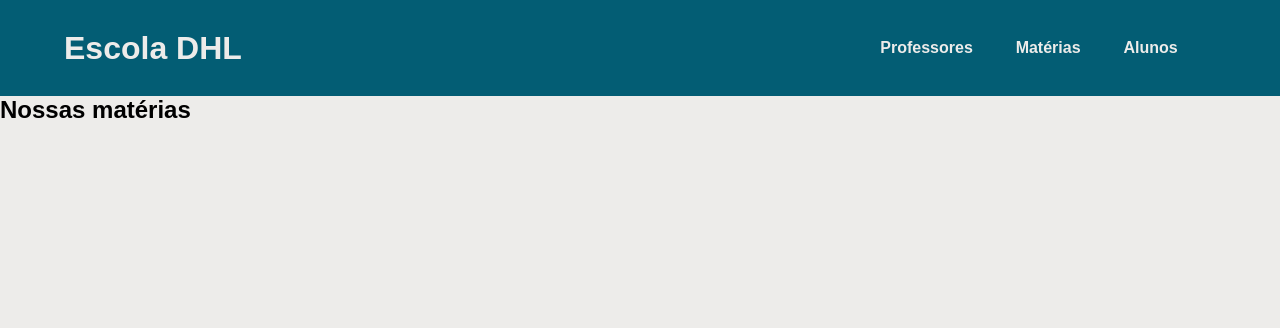
Repository: SirHick/sa-sistema-escola-DHL
Page: front/materias.html
An editor plug-in stored every save of this project. The page is shown before and after the next save, followed by the edit.
The browser window is 1280 px wide. The pictures show the whole page.

Above is the page before, as saved 2026-07-17 16:22:20.

### front/materias.html
<!DOCTYPE html>
<html lang="pt-br">
<head>
    <meta charset="UTF-8">
    <meta name="viewport" content="width=device-width, initial-scale=1.0">
    <title>Matérias</title>
    <link rel="stylesheet" href="style.css">
</head>
<body>
    <header>

        <a href="index.html"><h1>Escola DHL</h1></a>

        <nav>
            <a href="">Professores</a>
            <a href="">Matérias</a>
            <a href="">Alunos</a>
        </nav>
    </header>


    <h2>Nossas matérias</h2>




    <script src="script.js"></script>
</body>
</html>

### front/style.css
*{
    margin: 0;
    padding: 0;
    box-sizing: border-box;
    object-fit: cover;
    font-family: 'Nunito', sans-serif;
}


body{
    background: #EDECEA;

}


/* ESTILIZAÇÃO PARA A PÁGINA INICIAL*/
.landing-page{
    display: flex;
}


header{
    background: #035D74;
    width: 100vw;
    height: 6rem;
    max-height: 8rem;
    display: grid;
    grid-template-columns: 1fr 1fr;
    align-items: center;
    padding-left: 5vw;
    padding-right: 5vw;
}

header a {
    color: #EDECEA;
    text-decoration: none;
    font-style: none;
}

header nav{
    justify-self: end;

}

header nav a{
    text-decoration: none;
    color: #EDECEA;
    font-weight: 700;
    margin-right: 3vw;
}

.hero-section{
    justify-self: center;
    background-color: #035D74;
    margin-top: 10vh;
    display: grid;
    grid-template-columns: auto auto auto;
    gap: 10px;
    border-radius:12px;
    padding: 30px;
}

.hero-section img{
    width: 15vw;
    border-radius: 20px;
}

.main-text{
    margin-bottom: 3vh;
    color: #035D74;
    text-align: center;
    margin-top: 10vh;
    font-size: 2rem;
    max-width: 50vw;
    justify-self: center;
}


/* ESTILIZAÇÃO PARA A PÁGINA DOS PROFESSORES*/

Loaded but not shown: front/script.js (no stored copy; drawn as an empty file)

After the next save:
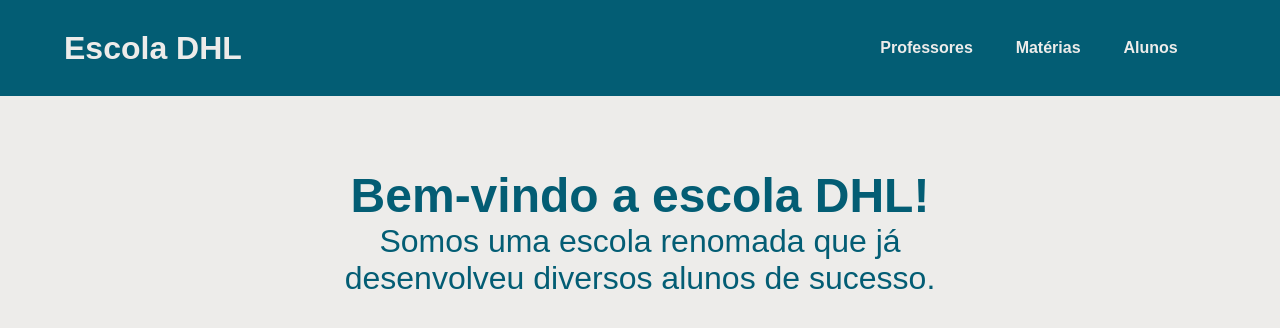
Saved 6 s later.
--- a/front/materias.html
+++ b/front/materias.html
@@ -19,7 +19,12 @@
     </header>
 
 
-    <h2>Nossas matérias</h2>
+    <section class = "main-text">
+            <h2>Bem-vindo a escola DHL!</h2>
+
+            <p>Somos uma escola renomada que já
+                desenvolveu diversos alunos de sucesso.</p>
+    </section>
 
 
 
